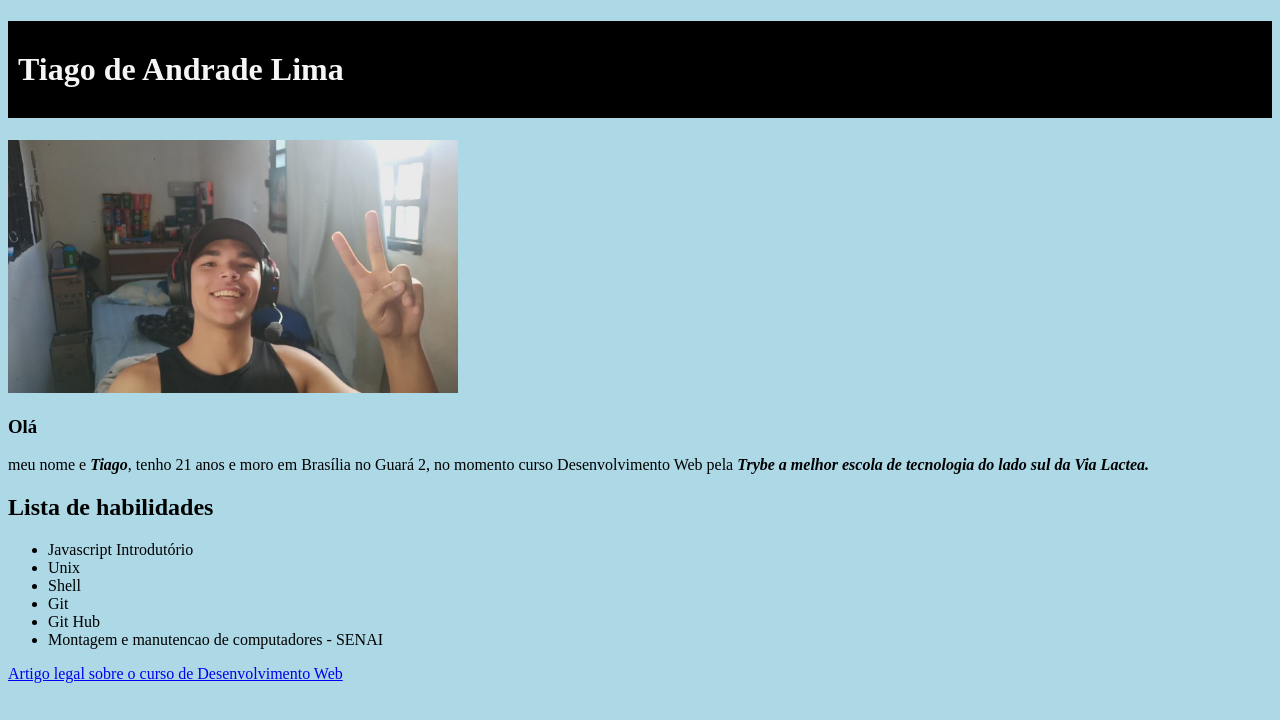
Repository: Batatiago/Batatiago.github.io
Page: index.html
The author's editor kept a copy of each file at every save. The page is drawn from the files as they stood at one save, then again after the next save.
The browser window is 1280 px wide. The pictures show the whole page.

Above is the page before, as saved 2023-06-28 23:17:42.

### index.html
<!DOCTYPE html>
<html lang="pt-br">

<head>
  <meta charset="UTF-8">
  <title>Tiago de Andrade Lima</title>
  <link rel="stylesheet" href="style.css">
</head>

<body>
  <h1 class="meuNome"> Tiago de Andrade Lima</h1>
  <img src="2023-06-23-160707.jpg" alt="Imagem de Tiago" id="foto" width="450px">
  <h3>Olá</h3>
  <p class="descricao"> meu nome e <strong><em>Tiago</em></strong>, tenho 21 anos e moro em Brasília no Guará 2, no momento curso Desenvolvimento
    Web pela <strong><em>Trybe a melhor escola de tecnologia do lado sul da Via Lactea.</em></strong></p>
  <h2>Lista de habilidades</h2>
  <ul>
    <li class="javascript">Javascript Introdutório</li>
    <li class="unix">Unix</li>
    <li class="shell">Shell</li>
    <li class="git">Git</li>
    <li class="gitHub">Git Hub</li>
    <li>Montagem e manutencao de computadores - SENAI</li>
  </ul>
  <a href="https://blog.betrybe.com/carreira/frontend/" target="_blank">Artigo legal sobre o curso de Desenvolvimento
    Web</a>
</body>

</html>

### style.css
*{
   background-color: lightblue;
}

.meuNome{
    background-color: black;
    color: whitesmoke;
    padding: 30px 10px;
}

After the next save:
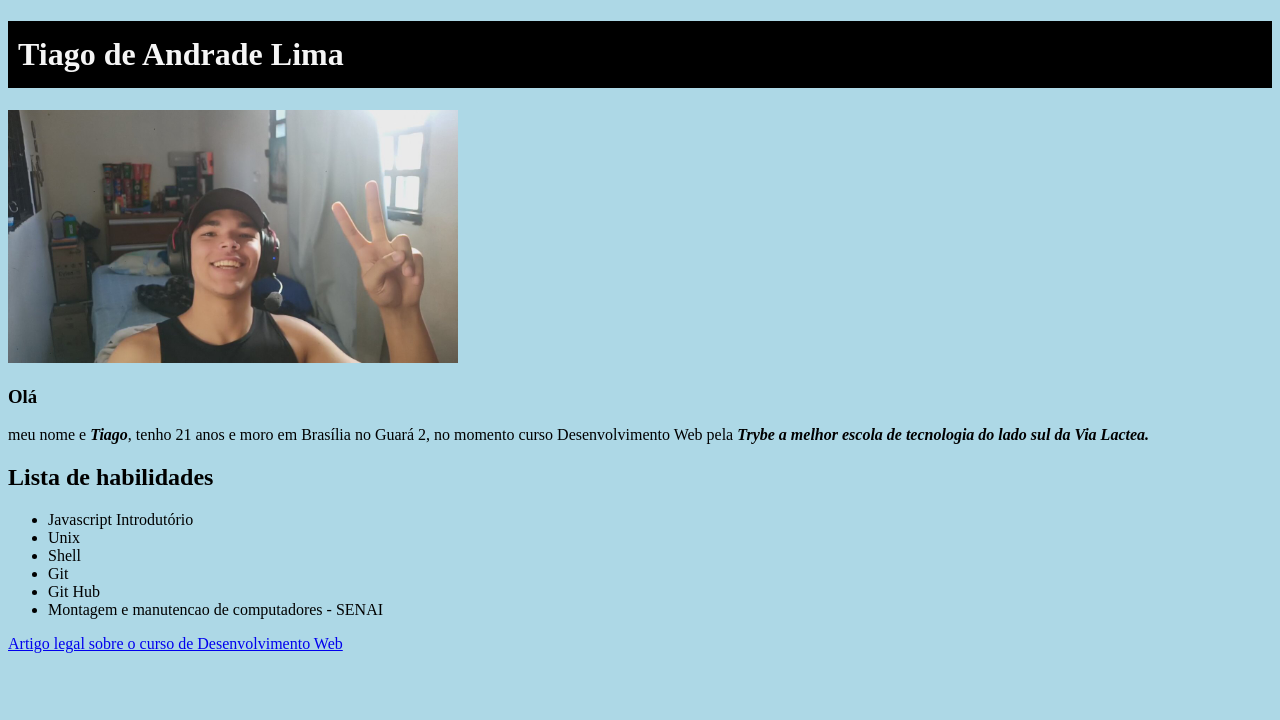
Saved 15 s later.
--- a/style.css
+++ b/style.css
@@ -5,5 +5,5 @@
 .meuNome{
     background-color: black;
     color: whitesmoke;
-    padding: 30px 10px;
+    padding: 15px 10px;
 }
